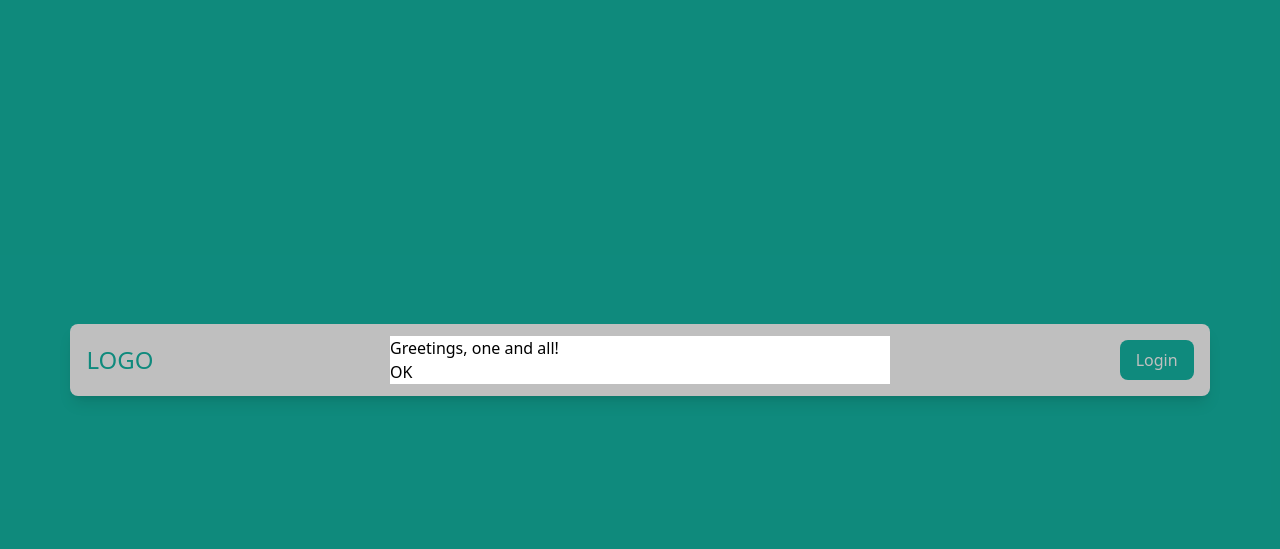
Repository: DevAntonioRogers/react-modal-with-dialog
Page: /, after clicking the first element matching `button.px-4`
An editor plug-in stored every save of this project. The page is shown before and after the next save, followed by the edit.
The browser window is 1280 px wide. The pictures show the whole page.
The project was rebuilt for these pictures with package versions that can differ from the ones it lists, and the page was loaded fresh each time. Also part of the build but not shown: vite.config.ts.

Above is the page before, as saved 2023-05-10 09:12:20.

After the next save:
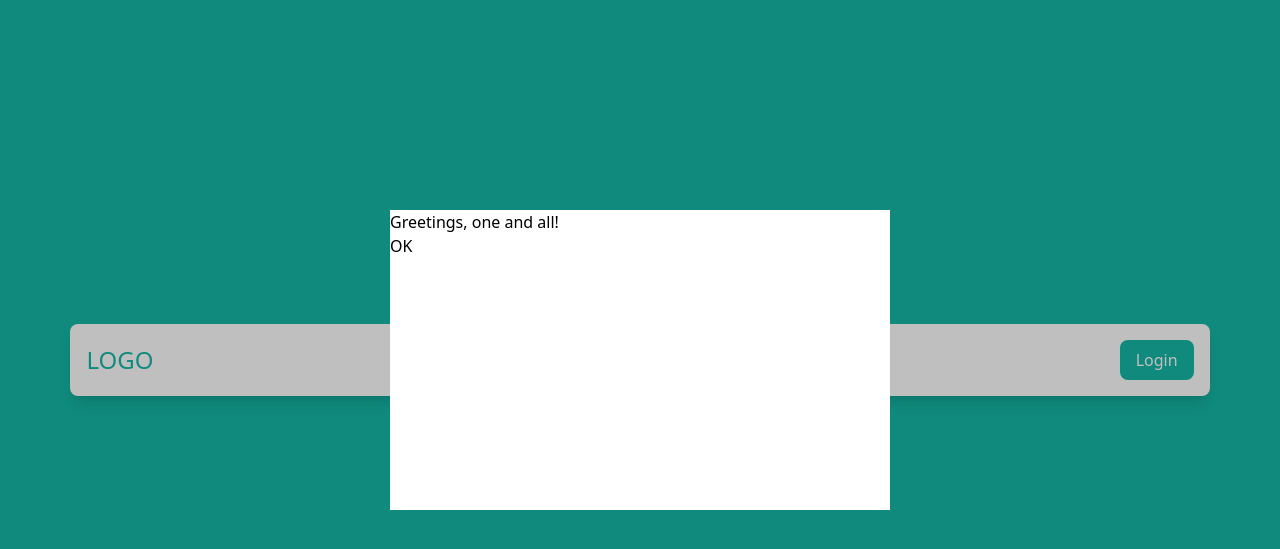
Saved 10 s later.
--- a/src/App.tsx
+++ b/src/App.tsx
@@ -38,7 +38,7 @@ function App() {
         </nav>
         {showModal && (
           <div className="absolute w-screen h-screen bg-black/25 flex justify-center items-center">
-            <dialog open className="w-[500px]">
+            <dialog open className="w-[500px] h-[300px]">
               <p>Greetings, one and all!</p>
               <form method="dialog">
                 <button>OK</button>
